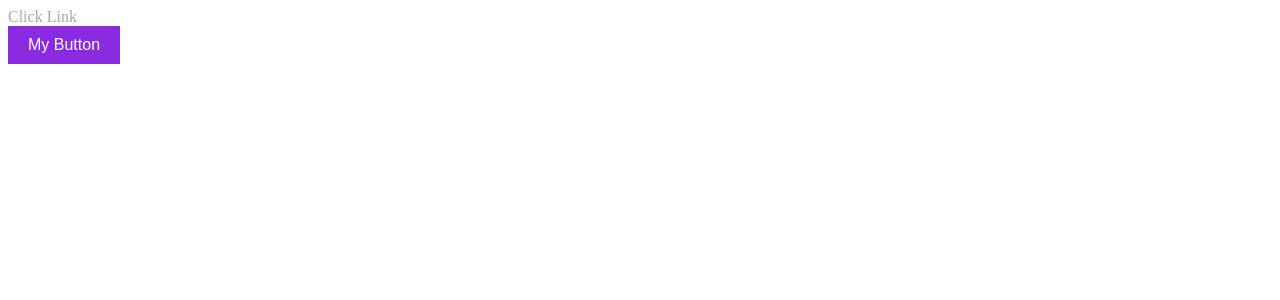
Repository: andiausrust/css-traversy
Page: link-state-button-styling/index.html
An editor plug-in stored every save of this project. The page is shown before and after the next save, followed by the edit.
The browser window is 1280 px wide. The pictures show the whole page.

Above is the page before, as saved 2020-08-20 11:13:36.

After the next save:
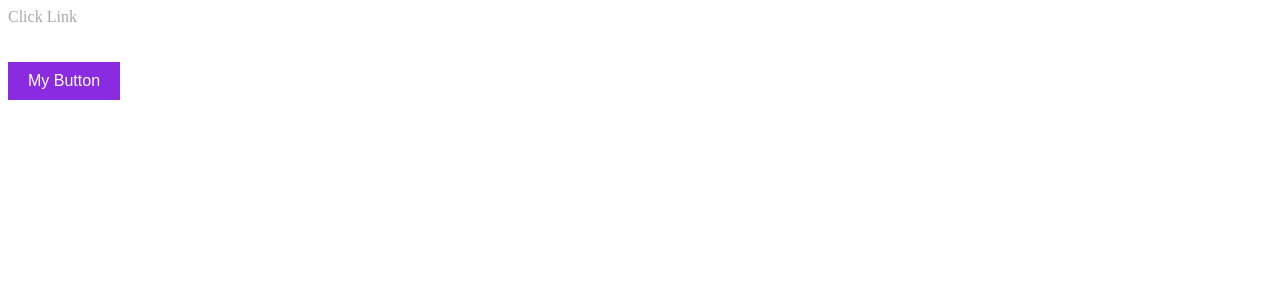
Saved 13 s later.
--- a/link-state-button-styling/index.html
+++ b/link-state-button-styling/index.html
@@ -9,6 +9,8 @@
     <body>
         <a href="#">Click Link</a>
         <br />
+        <br />
+        <br />
         <button class="btn">My Button</button>
     </body>
 </html>
